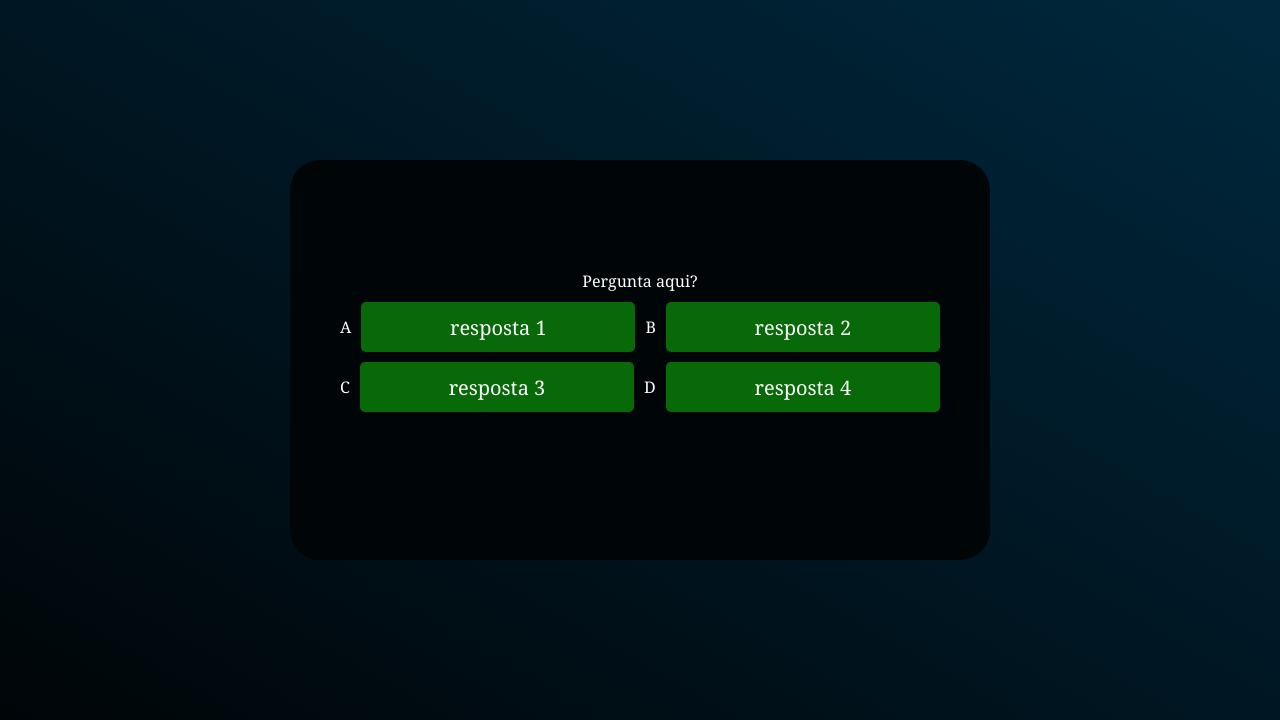
Repository: LaisSilvaO/Projeto-Quizz
Page: telas/index.html
The author's editor kept a copy of each file at every save. The page is drawn from the files as they stood at one save, then again after the next save.
The browser window is 1280 px wide. The pictures show the whole page.

Above is the page before, as saved 2024-12-26 11:37:30.

### telas/index.html
<!DOCTYPE html>
<html lang="pt-br">

<head>
    <meta charset="UTF-8">
    <meta name="viewport" content="width=device-width, initial-scale=1.0">
    <title>Perguntas</title>
    <link rel="stylesheet" href="../img/tela.css">
</head>

<body>

    <div class="box1">
        <div class="box2">
            <div class="content">
                <span class="qtddquestao"></span>
                <span class="questao">Pergunta aqui?</span>
                <div class="resposta">
                    A<button class="respbotao">resposta 1</button>
                    B<button class="respbotao">resposta 2</button>
                </div>
                <div class="resposta">
                    C<button class="respbotao">resposta 3</button>
                    D<button class="respbotao">resposta 4</button>
                </div>
            </div>
            <div class="final">
                <span></span>
                <button>REINICIAR JOGO</button>
                <button class="proximapergunta">PROXIMA PERGUNTA</button>
            </div>
        </div>
    </div>


</body>

</html>

### img/tela.css
* {
  margin: 0;
  padding: 0;
  box-sizing: border-box;
  font-family: Cambria, Cochin, Georgia, Times, 'Times New Roman', serif;
}

body {
  height: 100vh;
  display: flex;
  justify-content: center;
  align-items: center;
  flex-direction: column;
  background: linear-gradient(210deg, #00283d, #000508);
}

main {
  background-color: white;
  padding: 10px;
  border-radius: 10px;
  width: 100%;
  max-width: 600px;
  min-height: 400px;
  display: flex;
  justify-content: center;
  align-items: center;
}

.box1 {
  position: relative;
  width: 700px;
  height: 410px;

  border-radius: 30px;
  display: flex;
  justify-content: center;
  align-items: center;
  flex-direction: column;
  overflow: hidden;

}

.box2 {
  position: relative;
  width: 700px;
  height: 400px;
  background-color: #000508;
  border-radius: 30px;
  display: flex;
  justify-content: center;
  align-items: center;
  flex-direction: column;
  overflow: hidden;
  color: white;
}

/* Borda animada externa */
.box1::before {
  content: '';
  position: absolute;
  top: 0;
  left: 0;
  width: 100%;
  height: 100%;
  border-radius: 30px;
  border: 0px solid transparent;
  /* Espessura da borda aumentada */
  background-image: linear-gradient(to bottom, #157815, #93b608);
  background-size: 400%;
  /* Aumenta o tamanho da animação da borda */
  animation: borderAnimation 6s linear infinite;
  z-index: -1;
  /* Garante que a borda fique atrás do conteúdo */
}

@keyframes borderAnimation {
  0% {
    top: 0px;
    left: 0px;
  }

  25% {
    top: 0px;
    left: 700px;
    /* Canto superior direito */
  }

  50% {
    top: 0px;
    left: 0px;
    /* Canto inferior direito */
  }

  75% {
    top: 700px;
    left: 0px;
    /* Canto inferior esquerdo */
  }

  100% {
    top: 700px;
    left: 0px;
    /* Retorna ao canto superior esquerdo */
  }
}

h2 {
  padding: 10px;
  display: flex;
  /* Ativa o modelo de layout flex */
  justify-content: center;
  /* Centraliza horizontalmente */
  align-items: center;
  /* Centraliza verticalmente */
  text-align: center;
  /* Centraliza as linhas de texto */
  height: 40%;
}

h4 {
  padding: 10px;
}

.content {
  display: flex;
  gap: 10px;
  flex-direction: column;
  width: 700px;
  height: 200px;
  align-items: center;
}

.qtddquestao {
  text-align: end;
}

.resposta {
  display: flex;
  gap: 10px;
  justify-content: center;
  align-items: center;
  width: 600px; /* Aumentado o botão das respostas*/
  height: 50px; /* Aumentado */
}

.resposta button {
  width: 500px; /* Aumentado */
  height: 50px; /* Aumentado */
  font-size: 20px; /* Para melhorar a legibilidade */
}


button {
  width: 90px;
  height: 45px;
  text-align: center;
  padding: 5px;
  border: none;
  border-radius: 5px;
  cursor: pointer;
  background-color: rgb(8, 105, 8);
  color: white;
}

.final {
  display: none;
  flex-direction: column;
  gap: 10px;

}

.final button {
  text-align: center;
}

After the next save:
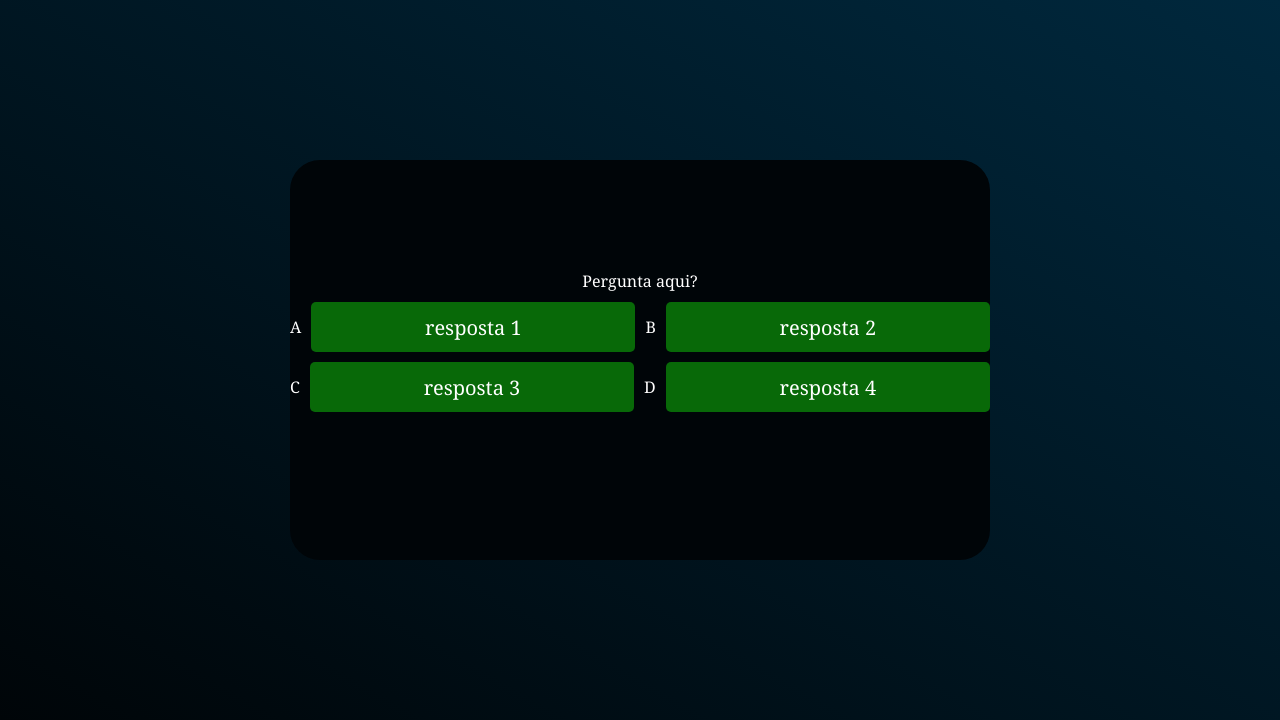
Saved 21 s later.
--- a/img/tela.css
+++ b/img/tela.css
@@ -139,7 +139,7 @@ h4 {
   gap: 10px;
   justify-content: center;
   align-items: center;
-  width: 600px; /* Aumentado o botão das respostas*/
+  width: 700px; /* Aumentado o botão das respostas*/
   height: 50px; /* Aumentado */
 }
 
